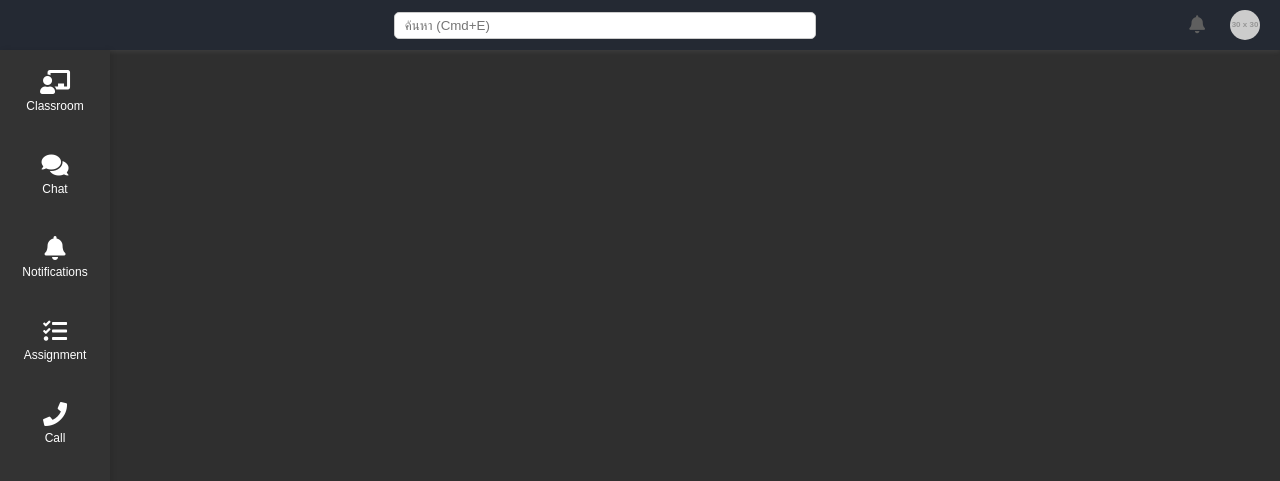
Repository: praifas16/ProPro
Page: docs/studenthead.html
These files come from the project's save history. The page is drawn as it stood at one moment and after the next save; the edit follows.
The browser window is 1280 px wide. The pictures show the whole page.

Above is the page before, as saved 2024-08-21 20:58:53.

After the next save:
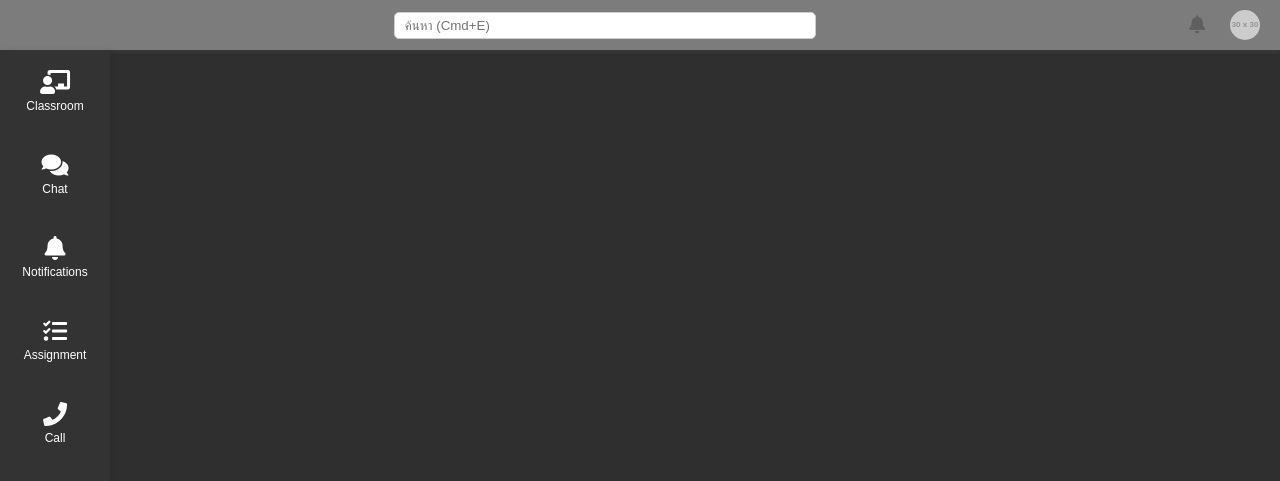
Saved 12 s later.
--- a/docs/studenthead.html
+++ b/docs/studenthead.html
@@ -18,7 +18,7 @@
 
       /* แถบเมนูด้านบน */
       .topbar {
-        background-color: #242933;
+        background-color: #7c7c7c;
         padding: 10px 20px;
         display: flex;
         align-items: center;
